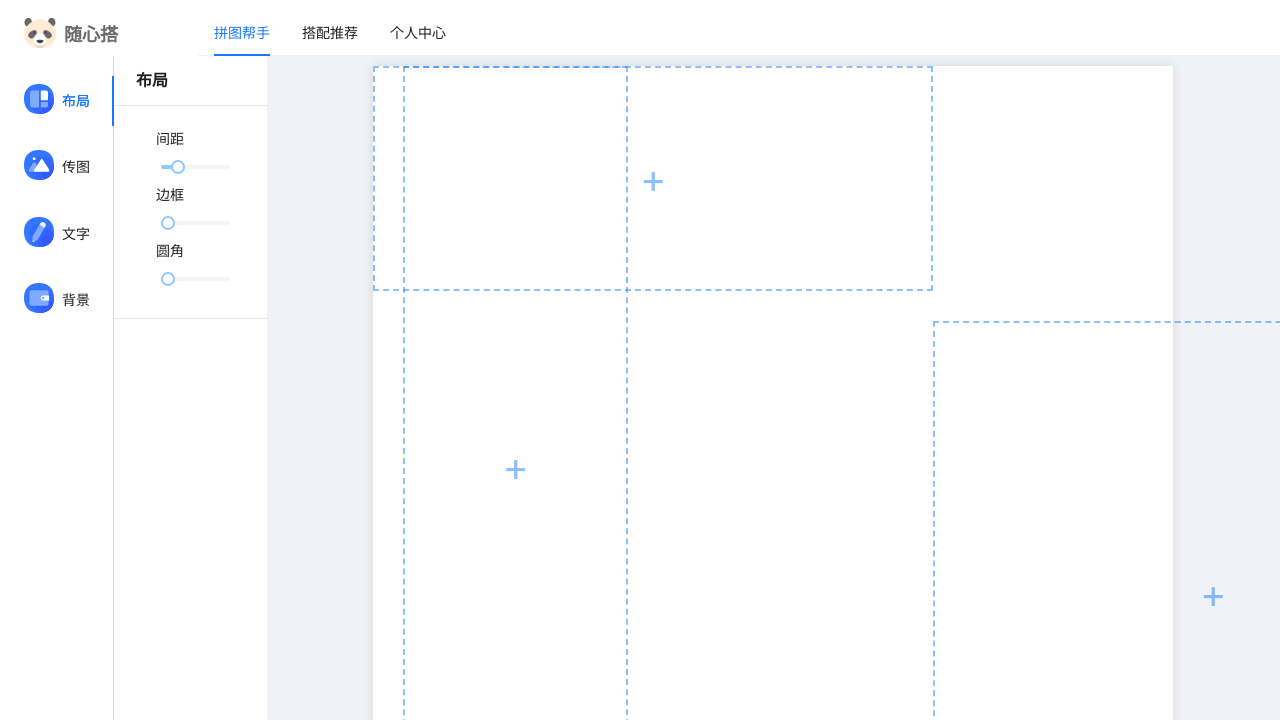
Repository: zzq1101921989/low-code
Page: /
An editor plug-in stored every save of this project. The page is shown before and after the next save, followed by the edit.
The browser window is 1280 px wide. The pictures show the whole page.
The project was rebuilt for these pictures with package versions that can differ from the ones it lists, and the page was loaded fresh each time. Also part of the build but not shown: vite.config.ts, src/pages/admin/index.tsx, src/components/icon/ClothesIcon.tsx, src/components/icon/HairIcon.tsx, src/components/icon/PantsIcon.tsx, src/components/icon/ShoeIcon.tsx, src/pages/recommend/index.tsx.

Above is the page before, as saved 2023-05-30 23:07:21.

After the next save:
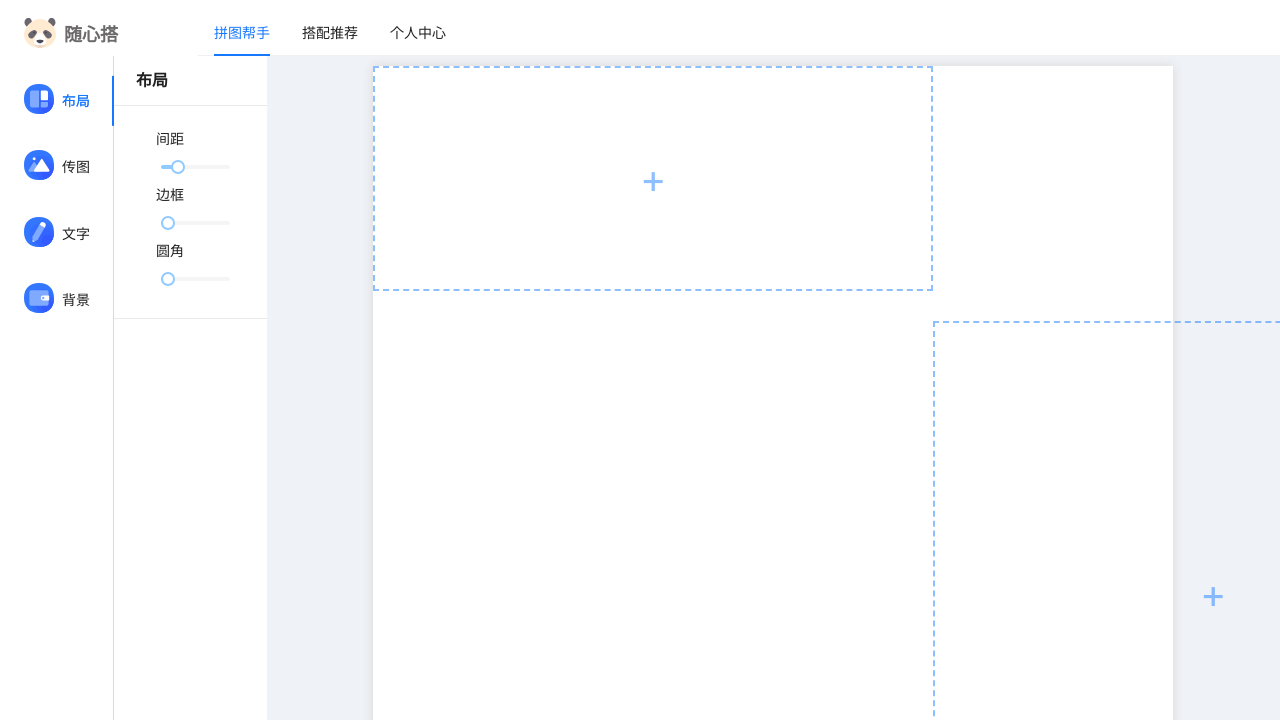
Saved 4 min 19 s later.
--- a/src/pages/home/features/DrawImage/index.tsx
+++ b/src/pages/home/features/DrawImage/index.tsx
@@ -222,14 +222,22 @@ const DrawImage: FC<DrawImageProps> = (props) => {
 
       // 有子元素和没有子元素，处理方式不一样
       if (children && direction) {
+
+        const currnetW = containerWidth * dirW
+        const currnetH = containerHeight * dirH
+
         elements = elements.concat(
           handlerLayout(
             children,
-            containerWidth * dirW,
-            containerHeight * dirH,
+            currnetW,
+            currnetH,
             direction
           )
         );
+
+        occupyWidth += currnetW;
+        if (direction === 'top') occupyHeight += currnetH;
+
       } else {
         const { dirH, dirW, type } = lay;
 
